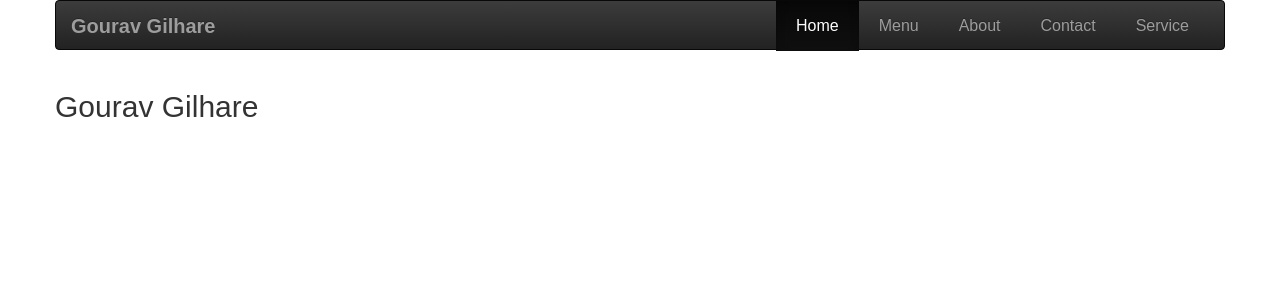
Repository: Gouravgilhare/Servlet
Page: http://localhost/feedback_app/
An editor plug-in stored every save of this project. The page is shown before and after the next save, followed by the edit.
The browser window is 1280 px wide. The pictures show the whole page.
The page is served by Tomcat 10.

Above is the page before, as saved 2025-07-17 06:12:57.

After the next save:
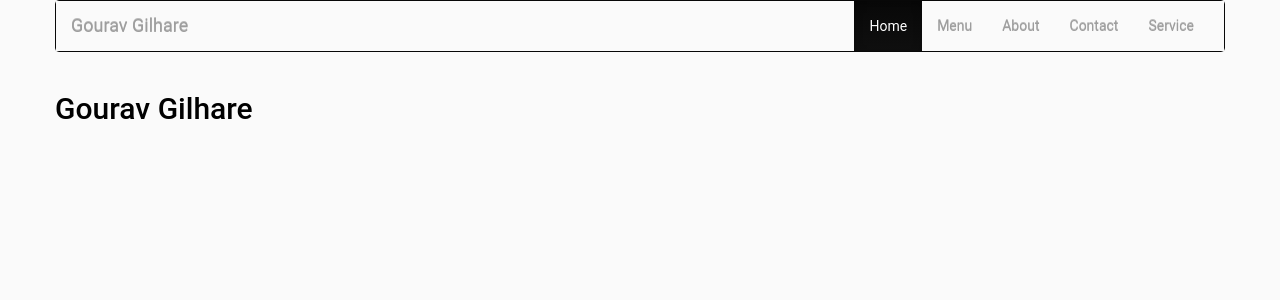
Saved 3 min 9 s later.
--- a/Feedback form/feedback_app/src/main/webapp/css/style.css
+++ b/Feedback form/feedback_app/src/main/webapp/css/style.css
@@ -1,48 +1,8 @@
 
-            @charset "UTF-8";
-
-			*{
-
-				font-family : "Arial",sanserif;
-
-			}
+*{
+	background-color:#fafafa;
+	color: black;
+	font-family :"roboto";
 
 
-            .customNavbar {
-
-                height: 50px;
-
-            }
-
-            .navbar-brand {
-
-                color: #ffffff;
-                font-size: 20px;
-                font-weight: bold;
-
-            }
-
-            .navbar-nav>li>a {
-
-                color: #ecf0f1;
-                font-size: 16px;
-                padding: 15px 20px;
-            }
-
-            .navbar-nav>li>a:hover,
-            navbar-nav>.active>a,
-            navbar-nav>.active>a:hover {
-                background-color: #34495e !important;
-                color: #ffffff !important;
-            }
-
-
-            .navbar-toggle {
-                border-color: #ffffff;
-
-            }
-
-            .navbar-toggle .icon-bar {
-                background-color: #ffffff;
-
-            }
+}
